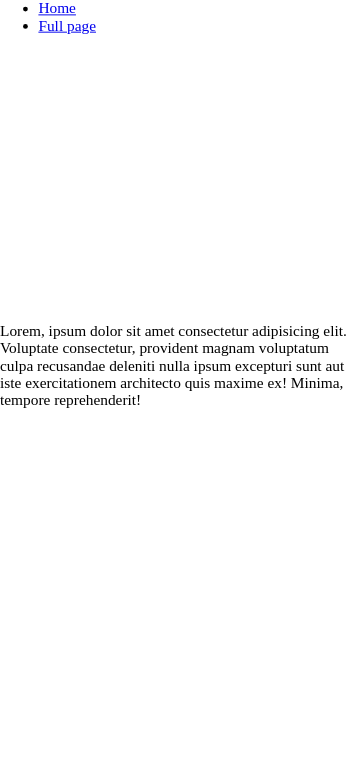
Repository: danilodscosta/CursoHTML
Page: aula1/aulascss.html
An editor plug-in stored every save of this project. The page is shown before and after the next save, followed by the edit.
The browser window is 375 px wide. The pictures show the whole page, at 96% of full size.

Above is the page before, as saved 2024-01-17 17:00:07.

After the next save:
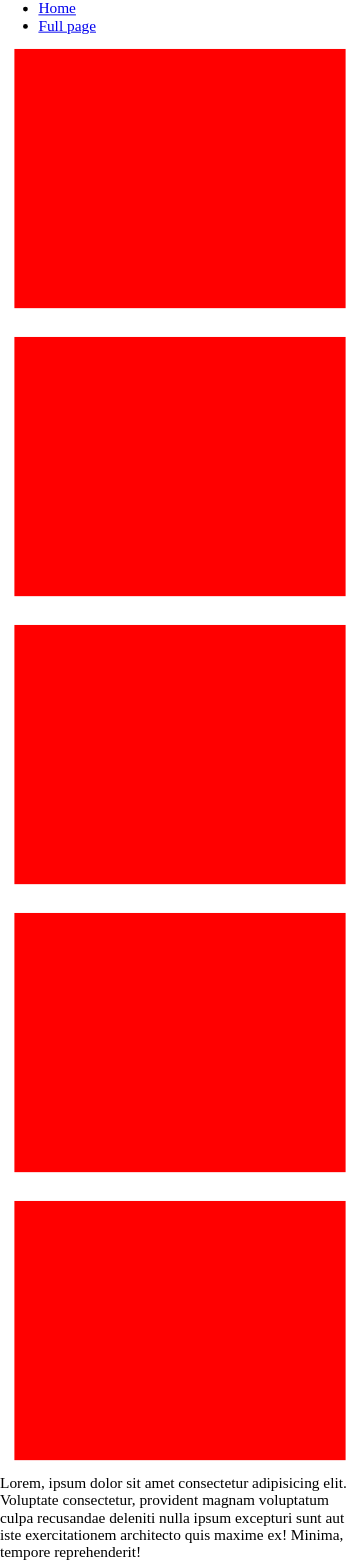
Saved 73 s later.
--- a/aula1/assets/css/aulasstyle.css
+++ b/aula1/assets/css/aulasstyle.css
@@ -24,3 +24,9 @@ ID Classes, atributos e pseudo-classes  Elementos e pseudo-elementos
     height: 100%;
     background: red;
 }
+
+@media all and (max-width: 568px) {
+    .grid .col {
+        width: 100%;
+    }
+}
